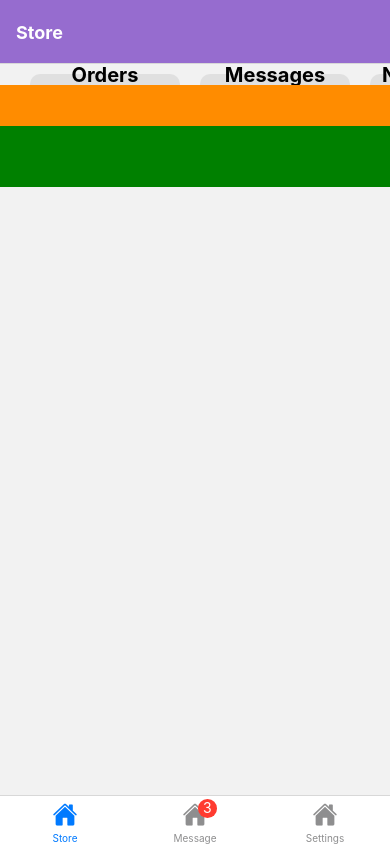
Repository: Waikato153/AwesomeProject
Screen: /
An editor plug-in stored every save of this project. The screen is shown before and after the next save, followed by the edit.
The app was drawn by React Native's web renderer in a window 390 px wide. The project was rebuilt for these pictures with package versions that can differ from the ones it lists, and the page was loaded fresh each time.

Above is the screen before, as saved 2024-02-29 11:51:34.

### App.js
import * as React from 'react';
import { Text, View, StyleSheet} from 'react-native';
import { NavigationContainer } from '@react-navigation/native';
import { createBottomTabNavigator } from '@react-navigation/bottom-tabs';
import { Ionicons } from '@expo/vector-icons';

import HomeScreen from './screens/HomeScreen';

function SettingsScreen() {
  return (
    <View style={{ flex: 1, justifyContent: 'center', alignItems: 'center' }}>
      <Text>Settings!</Text>
    </View>
  );
}


const styles = StyleSheet.create({
  container: {
    flex: 1,
    justifyContent: 'center',
    backgroundColor: 'white',
    alignItems: 'center',
    padding: 8,
  },
  paragraph: {
    margin: 24,
    fontSize: 18,
    fontWeight: 'bold',
    textAlign: 'center',
  },
});

const Tab = createBottomTabNavigator();

function MyTabs() {
  return (

    <Tab.Navigator
      screenOptions={{
        tabBarIcon: ({ color, size }) => (
          <Ionicons name="home" color={color} size={size} />
        ),
        headerStyle: {
          backgroundColor: '#966ccf',
        },
        headerTintColor: '#fff',
        headerTitleStyle: {
          fontWeight: 'bold',
        },
      }}
    >
      <Tab.Screen
        name="Store"
        component={HomeScreen}

      />
      <Tab.Screen
        name="Message"
        component={SettingsScreen}
        options={{
          tabBarBadge: 3
        }}
      />
      <Tab.Screen
        name="Settings"
        component={SettingsScreen}
      />
    </Tab.Navigator>
  );
}

export default function App() {
  return (
    <NavigationContainer>
      <MyTabs />
    </NavigationContainer>
  );
}

### screens/HomeScreen.js
import React from 'react';
import { View, Text, StyleSheet, FlatList } from 'react-native';

const data = [
  { title: 'Orders', count: 10 },
  { title: 'Messages', count: 5 },
  { title: 'Notifications', count: 8 },
  // Add more data as needed
];

const renderItem = ({ item }) => (
  <View style={styles.block}>
    <Text style={styles.title}>{item.title}</Text>
    <Text style={styles.count}>{item.count}</Text>
  </View>
);

const HomeScreen = () => {
  return (
    <View>
      <View style={styles.container}>
        <FlatList
          horizontal
          data={data}
          renderItem={renderItem}
          keyExtractor={(item, index) => index.toString()}
          showsHorizontalScrollIndicator={false}
          contentContainerStyle={styles.flatListContent}
        />
      </View>
      <View style={{flex: 2, backgroundColor: 'darkorange'}} />
      <View style={{flex: 3, backgroundColor: 'green'}} />
    </View>
  );
};

const styles = StyleSheet.create({
  container: {
    flex: 1,
  },
  flatListContent: {
    paddingLeft: 20,
    paddingRight: 20,
  },
  block: {
    width: 150, // 设置方块宽度
    justifyContent: 'center',
    alignItems: 'center',
    backgroundColor: '#e0e0e0',
    borderRadius: 10,
    padding: 20,
    margin: 10,
  },
  title: {
    fontSize: 20,
    fontWeight: 'bold',
    marginBottom: 10,
  },
  count: {
    fontSize: 24,
    fontWeight: 'bold',
    color: '#333333',
  },
});

export default HomeScreen;

After the next save:
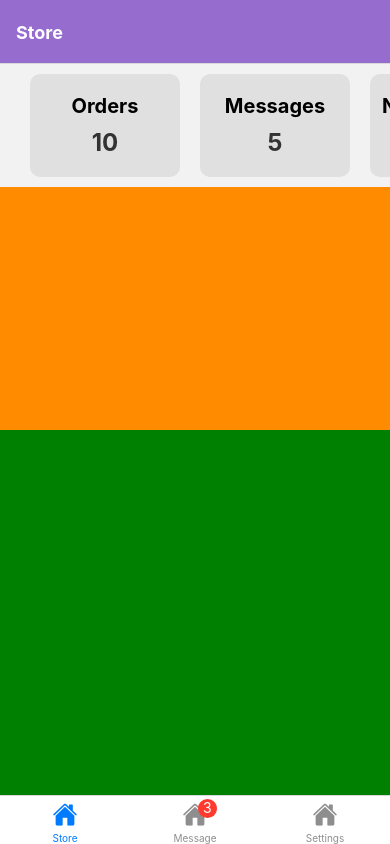
Saved 43 s later.
--- a/screens/HomeScreen.js
+++ b/screens/HomeScreen.js
@@ -17,8 +17,8 @@ const renderItem = ({ item }) => (
 
 const HomeScreen = () => {
   return (
-    <View>
-      <View style={styles.container}>
+    <View style={styles.container}>
+      <View >
         <FlatList
           horizontal
           data={data}
